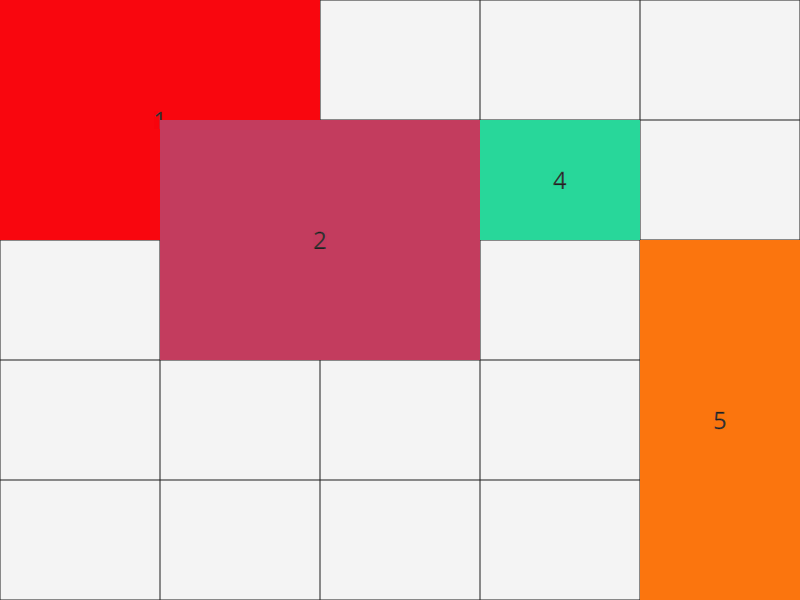
Repository: AlanVidalll/Curso-Java-Completo
Program's window: java exercicios-javafx/src/layout/AppLayout.java
The author's editor kept a copy of each file at every save. The program's window is drawn from the files as they stood at one save, then again after the next save.
It runs on Java 21 on a 1366 x 768 screen with JavaFX 11; the title bar is not drawn.

Above is the program's window before, as saved 2020-04-11 13:57:32.

### exercicios-javafx/src/layout/AppLayout.java
package layout;

import javafx.application.Application;
import javafx.scene.Parent;
import javafx.scene.Scene;
import javafx.stage.Stage;

public class AppLayout extends Application {

	@Override
	public void start(Stage primaryStage) throws Exception {
		Parent raiz = null;

		raiz = new TesteAnchorPane();
		raiz = new TesteBorderPane();
		raiz = new TesteFlowPane();
		raiz = new TesteGridPane();

		//Scene principal = new Scene(new TesteAnchorPane(),800,600);
		Scene principal = new Scene(raiz,800,600);

		primaryStage.setScene(principal);
		primaryStage.setTitle("Gerenciadores de Layout");
		primaryStage.show();
	}

	public static void main(String[] args) {
		launch(args);
	}

}

### exercicios-javafx/src/layout/TesteGridPane.java
package layout;

import javafx.scene.layout.ColumnConstraints;
import javafx.scene.layout.GridPane;
import javafx.scene.layout.RowConstraints;

public class TesteGridPane extends GridPane {

	public TesteGridPane() {

		Caixa c1 = new Caixa().comTexto("1");
		Caixa c2 = new Caixa().comTexto("2");
		Caixa c3 = new Caixa().comTexto("3");
		Caixa c4 = new Caixa().comTexto("4");
		Caixa c5 = new Caixa().comTexto("5");
		Caixa c6 = new Caixa().comTexto("6");

		setGridLinesVisible(true);

		getColumnConstraints().addAll(cc(), cc(), cc(), cc(), cc());
		getRowConstraints().addAll(rc(), rc(), rc(), rc(), rc());

		add(c1, 0, 0, 2, 2);
		add(c2, 1, 1, 2, 2);
		add(c3, 4, 2, 1, 3);
		add(c4, 3, 1);
		add(c5, 4, 2, 1, 3);
	}

	private ColumnConstraints cc() {

		ColumnConstraints cc = new ColumnConstraints();
		cc.setPercentWidth(20);
		cc.setFillWidth(true);
		return cc;

	}

	private RowConstraints rc() {
		RowConstraints rc = new RowConstraints();
		rc.setPercentHeight(20);
		rc.setFillHeight(true);
		return rc;

	}
}

### exercicios-javafx/src/layout/TesteAnchorPane.java
package layout;

import javafx.geometry.Pos;
import javafx.scene.layout.AnchorPane;
import javafx.scene.layout.HBox;

public class TesteAnchorPane extends AnchorPane {

	public TesteAnchorPane() {

		Quadrado q1 = new Quadrado();
		setTopAnchor(q1, 10.0);
		setLeftAnchor(q1, 10.0);

		Quadrado q2 = new Quadrado();
		setTopAnchor(q2, 10.0);
		setRightAnchor(q2, 10.0);

		Quadrado q3 = new Quadrado();
		setBottomAnchor(q3, 10.0);
		setLeftAnchor(q3, 10.0);

		Quadrado q4 = new Quadrado();
		setBottomAnchor(q4, 10.0);
		setRightAnchor(q4, 10.0);


		HBox centro = new HBox();
		centro.setAlignment(Pos.CENTER);
		setTopAnchor(centro, 110.0);
		setBottomAnchor(centro, 110.0);
		setLeftAnchor(centro, 110.0);
		setRightAnchor(centro, 110.0);

		Quadrado q5 = new Quadrado();
		centro.getChildren().add(q5);

		getChildren().addAll(q1,q2,q3,q4,centro);
	}


}

### exercicios-javafx/src/layout/Quadrado.java
package layout;

import javafx.scene.paint.Color;
import javafx.scene.shape.Rectangle;

public class Quadrado extends Rectangle {

	private static int i = 0;

	private String[] cores = {
			"c33c5e", "39aac6",
			"28d79a", "fb750e",
			"6657a8", "f9060e"

	};

	public Quadrado() {
		this(100, 100);
	}

	public Quadrado(int largura, int altura) {

		setWidth(largura);
		setHeight(altura);

		setFill(Color.web(cores[i]));
		;
		i++;
		if (i == 6)
			i = 0;
	}

}

### exercicios-javafx/src/layout/TesteBorderPane.java
package layout;

import javafx.scene.layout.BorderPane;

public class TesteBorderPane extends BorderPane {

	public TesteBorderPane () {


		Caixa c1 = new Caixa().comTexto("Topo");
		setTop(c1);
		Caixa c2 = new Caixa().comTexto("Esquerda");
		setLeft(c2);
		Caixa c3 = new Caixa().comTexto("Direita");
		setRight(c3);
		Caixa c4 = new Caixa().comTexto("Fundo");
		setBottom(c4);
		Caixa c5 = new Caixa().comTexto("Centro");
		setCenter(c5);
	}
}

### exercicios-javafx/src/layout/Caixa.java
package layout;

import javafx.geometry.Insets;
import javafx.geometry.Pos;
import javafx.scene.control.Label;
import javafx.scene.layout.Background;
import javafx.scene.layout.BackgroundFill;
import javafx.scene.layout.CornerRadii;
import javafx.scene.layout.HBox;
import javafx.scene.paint.Color;
import javafx.scene.text.Font;

public class Caixa extends HBox {

	private static int i = 0;

	private String[] cores = { "c33c5e", "39aac6", "28d79a", "fb750e", "6657a8", "f9060e"

	};

	public Caixa() {
		this(100, 100);
	}

	public Caixa(int largura, int altura) {
		setAlignment(Pos.CENTER);
		setMinWidth(largura);
		setMinHeight(altura);

		BackgroundFill fill =
				new BackgroundFill(Color.web(cores[i]),
						CornerRadii.EMPTY, Insets.EMPTY);
		setBackground(new Background(fill));
		i++;
		if(i == 6) i= 0;
	}

	public Caixa comTexto(String texto) {
		Label label = new Label(texto);
		label.setFont(new Font(24));
		getChildren().add(label);
		return this;
	}

}

### exercicios-javafx/src/layout/TesteFlowPane.java
package layout;

import javafx.geometry.Insets;
import javafx.geometry.Orientation;
import javafx.geometry.Pos;
import javafx.scene.layout.FlowPane;

public class TesteFlowPane extends FlowPane {


	public TesteFlowPane() {

		Quadrado q1 = new Quadrado();
		Quadrado q2 = new Quadrado();
		Quadrado q3 = new Quadrado();
		Quadrado q4 = new Quadrado();
		Quadrado q5 = new Quadrado();

		setHgap(10.0);
		setVgap(10.0);
		setPadding(new Insets(10));

		setOrientation(Orientation.VERTICAL);
		setAlignment(Pos.CENTER_RIGHT);

		getChildren().addAll(q1,q2,q3,q4,q5);



	}

}

After the next save:
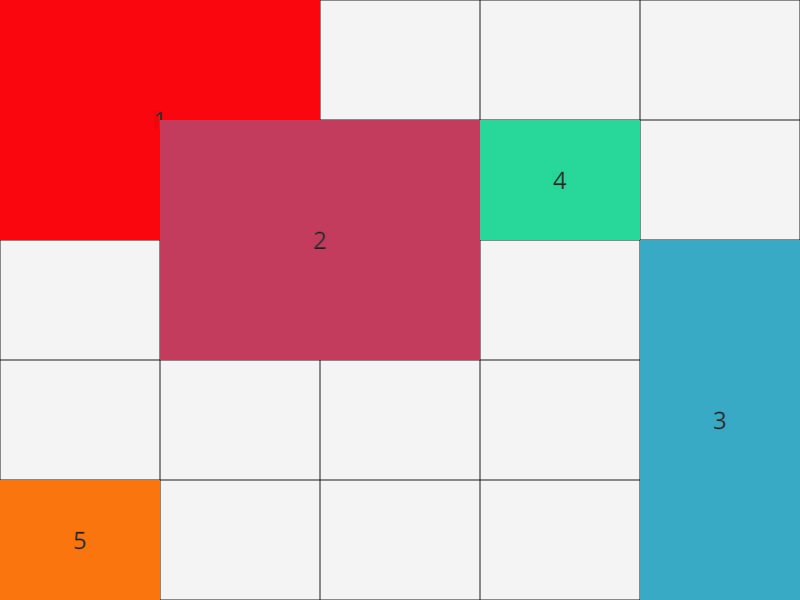
Saved 20 s later.
--- a/exercicios-javafx/src/layout/TesteGridPane.java
+++ b/exercicios-javafx/src/layout/TesteGridPane.java
@@ -24,7 +24,7 @@
 		add(c2, 1, 1, 2, 2);
 		add(c3, 4, 2, 1, 3);
 		add(c4, 3, 1);
-		add(c5, 4, 2, 1, 3);
+		add(c5, 0,4);
 	}
 
 	private ColumnConstraints cc() {
